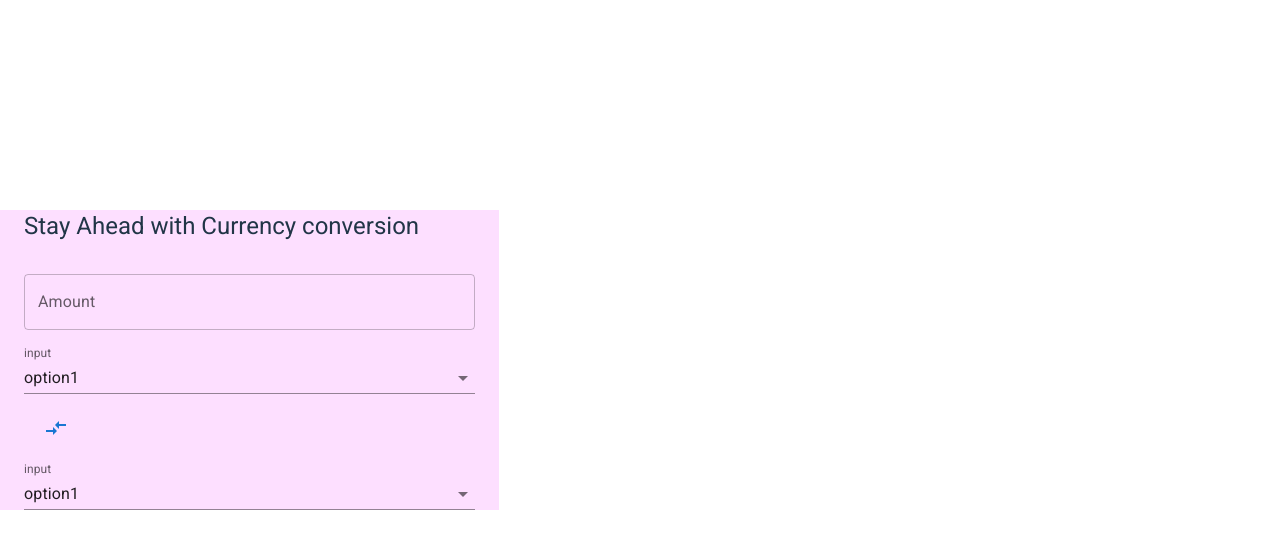
Repository: Asad-devv/CURRENCY
Page: /
The author's editor kept a copy of each file at every save. The page is drawn from the files as they stood at one save, then again after the next save.
The browser window is 1280 px wide. The pictures show the whole page.
The project was rebuilt for these pictures with package versions that can differ from the ones it lists, and the page was loaded fresh each time. Also part of the build but not shown: craco.config.js.

Above is the page before, as saved 2023-03-01 22:22:43.

After the next save:
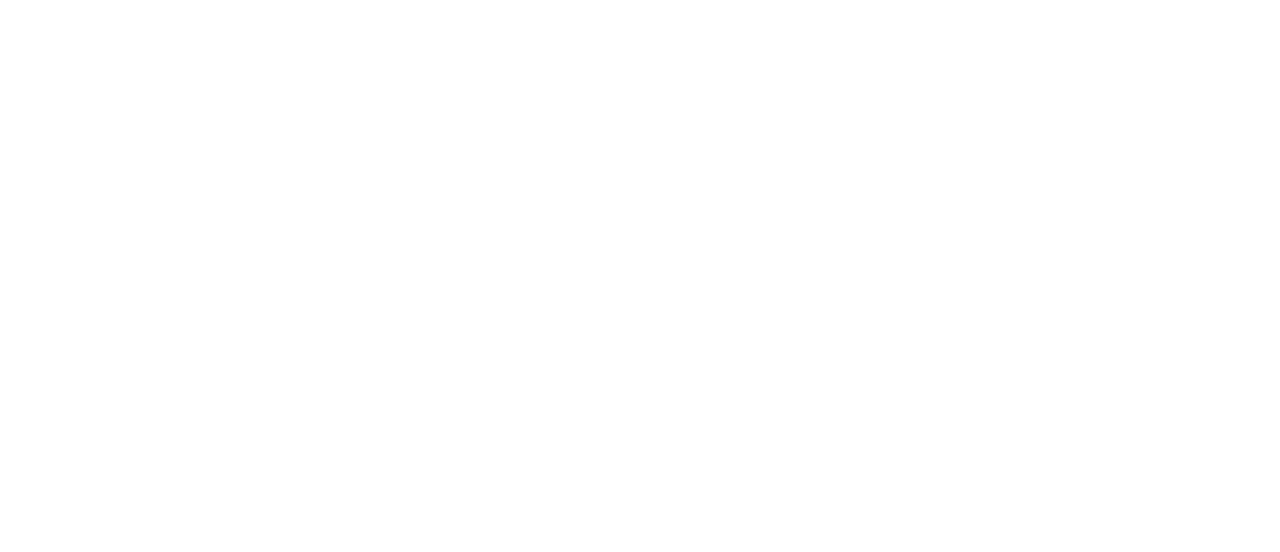
Console error: ReferenceError: fontSIze is not defined
Saved 9 s later.
--- a/src/components/SwitchCurrency.jsx
+++ b/src/components/SwitchCurrency.jsx
@@ -5,7 +5,7 @@
 const SwitchCurrency = () => {
   return (
     <Grid item>
-    <Button><CompareArrowsIcon sx={{}}/></Button>
+    <Button><CompareArrowsIcon sx={{fontSIze}}/></Button>
   </Grid>
   )
 }

After the save that followed:
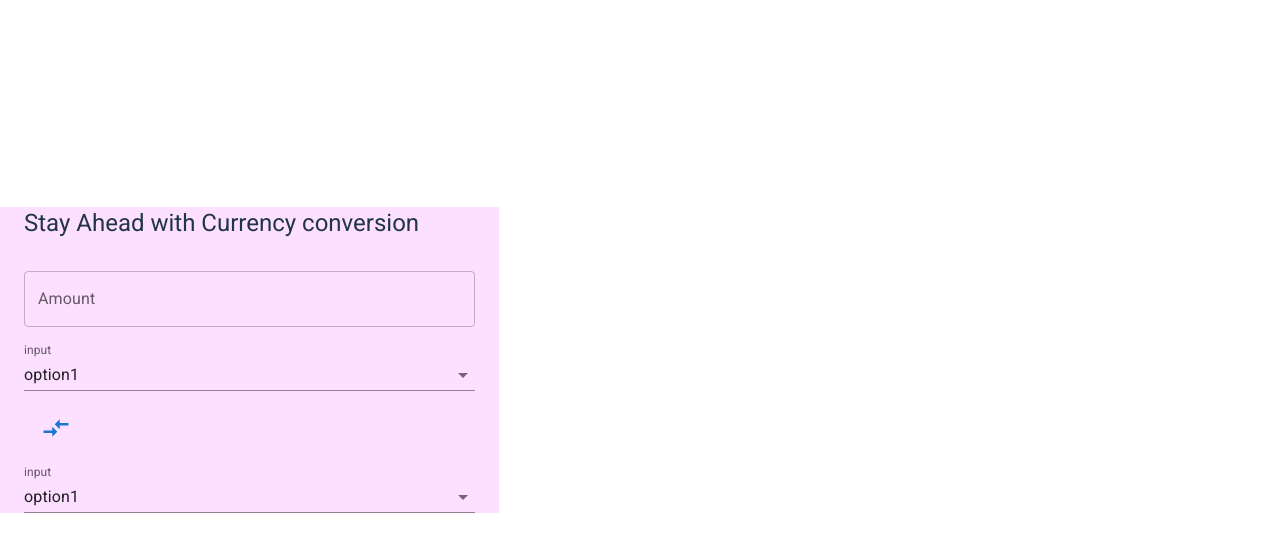
The error is gone.
Saved 8 s later.
--- a/src/components/SwitchCurrency.jsx
+++ b/src/components/SwitchCurrency.jsx
@@ -5,7 +5,7 @@
 const SwitchCurrency = () => {
   return (
     <Grid item>
-    <Button><CompareArrowsIcon sx={{fontSIze}}/></Button>
+    <Button><CompareArrowsIcon sx={{fontSize : 30}}/></Button>
   </Grid>
   )
 }
